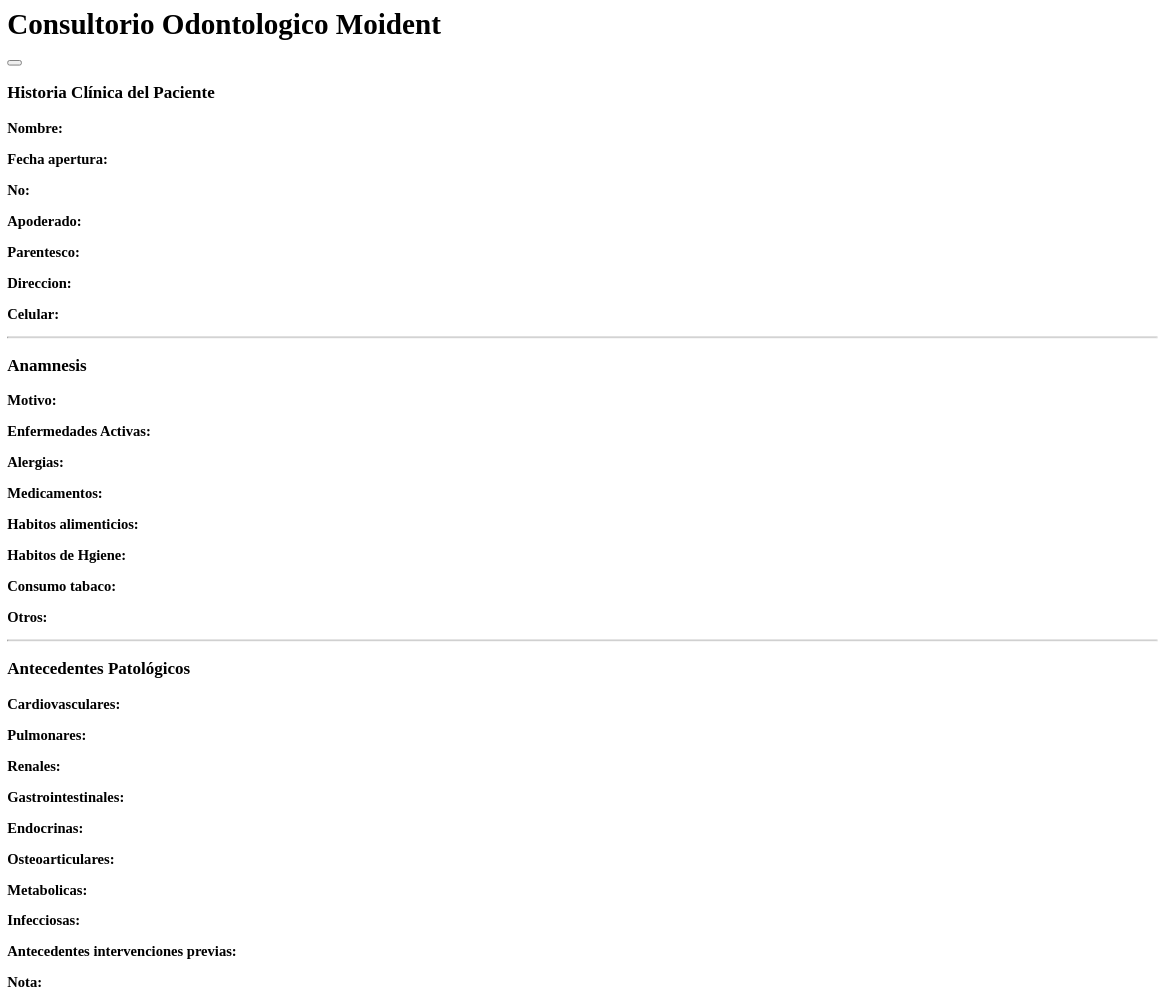
Repository: javix2/Consultorio_Dental
Page: resources/views/historialclinico/ver.blade.php
An editor plug-in stored every save of this project. The page is shown before and after the next save, followed by the edit.
The browser window is 1280 px wide. The pictures show the whole page, at 91% of full size.
The page is served by the project's Laravel application, run on PHP 8.4 with Laravel 10. Other server files are loaded and not shown. The template is opened directly, without the code that normally fills it, so the values that code supplies are empty.

Above is the page before, as saved 2024-10-14 19:48:32.

### routes/web.php
<?php

use App\Http\Controllers\AdminProfileControler;
use App\Http\Controllers\AppointmentController;
use App\Http\Controllers\CitaController;
// use App\Http\Controllers\CitaController;
use App\Http\Controllers\DoctorController;
use App\Http\Controllers\HistorialController;
use App\Http\Controllers\HomeController;
use App\Http\Controllers\HorarioController;
use App\Http\Controllers\OdontogramaController;
use App\Http\Controllers\PacienteController;
use App\Http\Controllers\PagoController;
use App\Http\Controllers\PatientController;
use App\Http\Controllers\RecordController;
use App\Http\Controllers\RecordTreatmController;
use App\Http\Controllers\TratamientoController;
use App\Http\Controllers\HistorialTratamController;
use App\Http\Controllers\SesionController;
use App\Http\Controllers\UsuarioController;
use App\Models\Appointment;
use App\Models\Doctor;
use App\Models\HistorialTratam;
use App\Models\Odontograma;
use App\Models\Tratamiento;
use App\Models\Treatment;
use App\Models\User;
use Illuminate\Support\Facades\Auth;
use Illuminate\Support\Facades\Route;
use Barryvdh\DomPDF\Facade as PDF;


/*
|--------------------------------------------------------------------------
| Web Routes
|--------------------------------------------------------------------------
|
| Here is where you can register web routes for your application. These
| routes are loaded by the RouteServiceProvider and all of them will
| be assigned to the "web" middleware group. Make something great!
|
*/

Route::get('/', function () {
    return view('home');
});

// Route::get('/', function () {
//     return view('auth.register');
// });


// Route::get('/', function () {
//     return view('auth.login');
// })->middleware('auth');
// Route::middleware(['auth'])->group(function () {
//     Route::get('/', function () {
//         return view('home');
//     });
// //     Route::get('/home', [HomeController::class, 'index'])->name('home');
// });

Route::get('/paciente/report', [PacienteController::class, 'report'])->name('paciente.reporte');

Route::resource('doctors', DoctorController::class);
// Route::get('users/{doctor}/create', [UsuarioController::class, 'create'])->name('users.create');
Route::get('/users/create/{doctor}', [UsuarioController::class, 'create'])->name('users.create');
Route::post('users/{doctor}', [UsuarioController::class, 'store'])->name('users.store');

Route::get('/users/{id}/edit', [UsuarioController::class, 'edit'])->name('users.edit');
Route::put('/users/{id}', [UsuarioController::class, 'update'])->name('users.update');

Route::get('/paciente/list',[ PacienteController::class, 'list'])->name('paciente.list');
Route::get('/doctor/list',[ DoctorController::class, 'list'])->name('doctor.list');
Route::get('/tratamiento/list',[ TratamientoController::class, 'list'])->name('tratamiento.list');

Route::resource('/home', HomeController::class);
Route::get('/get-data', [HomeController::class, 'getData'])->name('event.datos');
Route::get('/event/{id}', [HomeController::class, 'show2'])->name('event.show2');
Route::delete('/event/{id}', [HomeController::class, 'destroy'])->name('event.delete');
Route::put('/event2/{id}', [HomeController::class, 'update'])->name('event.update');


Route::post('/home/guardar', [HomeController::class, 'guardar'])->name('home.guardar');
Route::get('/home/{id}', [HomeController::class, 'busca']);
// Route::post('/guardar', [HomeController::class, 'guardar'])->name('home.guardar');
// Route::get('/get-citas', [HomeController::class, 'getCitas']);

Route::resource('/paciente', PacienteController::class);

Route::resource('/doctor', DoctorController::class);
Route::get('/cita/listar', [CitaController::class, 'listar'])->name('cita.listar');

Route::resource('/usuario', UsuarioController::class);
Route::get('/doctor/{id}/imprimir', [DoctorController::class, 'imprimir'])->name('doctor.imprimir');
Route::get('/paciente/busqueda', [PacienteController::class, 'busqueda'])->name('paciente.busqueda');
Route::get('/pago/busca', [PagoController::class, 'busca'])->name('pago.busca');
Route::get('/historialtratam/buscar', [HistorialTratamController::class, "buscar"])->name("historialtratam.buscar");
Route::get('/odontograma/buscar', [OdontogramaController::class, 'buscar'])->name('odontograma.buscar');


// Route::resource('/auth', UsuarioController::class);
Route::get('/pago/reportepago', [PagoController::class, 'reportepago'])->name('pago.reportepago');
Route::get('/pago/reporteboleta/{id}/imprimir', [PagoController::class, 'reporteboleta'])->name('pago.reporteboleta');
Route::get('/historials/report', [RecordTreatmController::class, 'report'])->name('historials.reporte');

Route::resource('/pago', PagoController::class);
Route::get('/cita/buscar', [CitaController::class, 'buscar'])->name('cita.buscar');

Route::get('pago/{id}/edit/pago', [PagoController::class, 'editPago'])->name('pago.editPago');
Route::put('pago/{id}/update/pago', [PagoController::class, 'updatePago'])->name('pago.updatePago');

Route::resource('/doctor', DoctorController::class);

Route::resource('/tratamiento', TratamientoController::class);

Route::resource('/cita', CitaController::class);
Route::delete('/citas/{id}/eliminar', [CitaController::class, 'eliminar'])->name('citas.eliminar2');
Route::put('/cita/{id}/cambiar-estado', [CitaController::class, 'cambiarEstado'])->name('citas.cambiar_estado');

Route::resource('/odontograma', OdontogramaController::class);

Route::resource('/historials', RecordTreatmController::class);
Route::resource('/historialclinico', HistorialController::class);
Route::get('/historialclinico/search', [HistorialController::class, "search"])->name("historialclinico.search");


Route::resource('/historialtratam', HistorialTratamController::class);
Route::get('/historialtratam/{id}/buscapaciente', [HistorialTratamController::class, 'buscapaciente'])->name('historialtratam.buscapaciente');
Route::post('/historialtratam/sesion/{id}/registro', [HistorialTratamController::class, 'sesionregistro'])->name('historialtratam.sesionregistro');
Route::delete('/historialtratam/sesion/{id}/elimina', [HistorialTratamController::class, 'elimina'])->name('historialtratam.elimina');

Route::resource('/sesion', SesionController::class);

Route::post('/usuario/editar', [AdminProfileControler::class, "update"])->name("usuario.update");
Route::get('adminlte_image', [AdminProfileControler::class, "dminlte_image"])->name("adminlte_image");

Auth::routes();

### resources/views/historialclinico/ver.blade.php
<!-- Modal-->

<div class="modal fade" id="modalVer{{$histo->id}}" tabindex="-1" aria-labelledby="exampleModalLabel" aria-hidden="true">
  <div class="modal-dialog modal-xl">
      <div class="modal-content">
          <div class="modal-header">
              <h1 class="modal-title fs-5 text-primary py-2 px-4" id="exampleModalLabel" > Consultorio Odontologico Moident</h1>
              <button type=" button" class="btn-close" data-bs-dismiss="modal" aria-label="Close"></button>
          </div>
          <div class="mx-5 mb-5">

          <div class="modal-body text-start">

            <div class="d-flex justify-content-center"><h3>Historia Clínica del Paciente</h3></div>
            <p><strong>Nombre: </strong>{{ $histo->paciente->nombre }} {{ $histo->paciente->paterno}}   {{ $histo->paciente->materno}}</p>
            <div class="row">
              <div class="col-md-6">
                <p><strong>Fecha apertura: </strong>{{ $histo->fecha_aper }}</p>
            </div>
              <div class="col-md-6">
                  <p><strong>No: </strong>{{ $histo->no_hc }}</p>
              </div>
            </div>
            <div class="row">
              <div class="col-md-6">
                  <p><strong>Apoderado: </strong>{{ $histo->apoderado }}</p>
              </div>
              <div class="col-md-6">
                  <p><strong>Parentesco: </strong>{{ $histo->parentesco }}</p>
              </div>
            </div>
            <div class="row">
              <div class="col-md-8">
                  <p><strong>Direccion: </strong>{{ $histo->direccion }}</p>
              </div>
              <div class="col-md-4">
                  <p><strong>Celular: </strong>{{ $histo->celular }}</p>
              </div>
            </div>
            <hr class="my-3">
            <div class="form-group row mt-3s">
              <h3 class="fs-5 text-primary text-center">Anamnesis</h3>
            </div>
            <p><strong>Motivo: </strong>{{ $histo->motivo }} </p>
            <div class="row">
              <div class="col-md-4">
                  <p><strong>Enfermedades Activas: </strong>{{ $histo->enf_act }}</p>
              </div>
              <div class="col-md-4">
                  <p><strong>Alergias: </strong>{{ $histo->alergias }}</p>
              </div>
              <div class="col-md-4">
                <p><strong>Medicamentos: </strong>{{ $histo->medicamentos }}</p>
              </div>
            </div>
            <div class="row">
              <div class="col-md-4">
                  <p><strong>Habitos alimenticios: </strong>{{ $histo->hab_alimen }}</p>
              </div>
              <div class="col-md-4">
                  <p><strong>Habitos de Hgiene: </strong>{{ $histo->hab_higiene }}</p>
              </div>
              <div class="col-md-4">
                <p><strong>Consumo tabaco: </strong>{{ $histo->tabaco }}</p>
              </div>
            </div>
            <p><strong>Otros: </strong>{{ $histo->otro }} </p>
            <hr class="my-3">
            <div class="form-group row mt-3s">
              <h3 class="fs-5 text-primary text-center">Antecedentes Patológicos</h3>
            </div>
            <div class="row">
              <div class="col-md-4">
                  <p><strong>Cardiovasculares: </strong>{{ $histo->cardiovas }}</p>
              </div>
              <div class="col-md-4">
                  <p><strong>Pulmonares: </strong>{{ $histo->pulmonares }}</p>
              </div>
              <div class="col-md-4">
                <p><strong>Renales: </strong>{{ $histo->renales }}</p>
              </div>
            </div>
            <div class="row">
              <div class="col-md-4">
                  <p><strong>Gastrointestinales: </strong>{{ $histo->gastrointes }}</p>
              </div>
              <div class="col-md-4">
                  <p><strong>Endocrinas: </strong>{{ $histo->endocrinas }}</p>
              </div>
              <div class="col-md-4">
                <p><strong>Osteoarticulares: </strong>{{ $histo->osteoarticu }}</p>
              </div>
            </div>
            <div class="row">
              <div class="col-md-4">
                  <p><strong>Metabolicas: </strong>{{ $histo->metabolicas }}</p>
              </div>
              <div class="col-md-4">
                  <p><strong>Infecciosas: </strong>{{ $histo->infecciosas }}</p>
              </div>

            </div>
            <p><strong>Antecedentes intervenciones previas: </strong>{{ $histo->interve_prev }} </p>
            <p><strong>Nota: </strong>{{ $histo->nota }} </p>





          </div>
        </div>

          {{--  <div class="modal-footer" py2>
            <a href="{{ route('pago.reporteboleta',$pago->id) }}" class="btn btn-primary" target="_blank"><i class="fa-solid fa-print"></i>
              Imprimir</a>

          </div>  --}}
      </div>
  </div>
</div>

Loaded but not shown: app/Http/Controllers/Auth/ConfirmPasswordController.php (common file); app/Http/Controllers/Controller.php (common file)

After the next save:
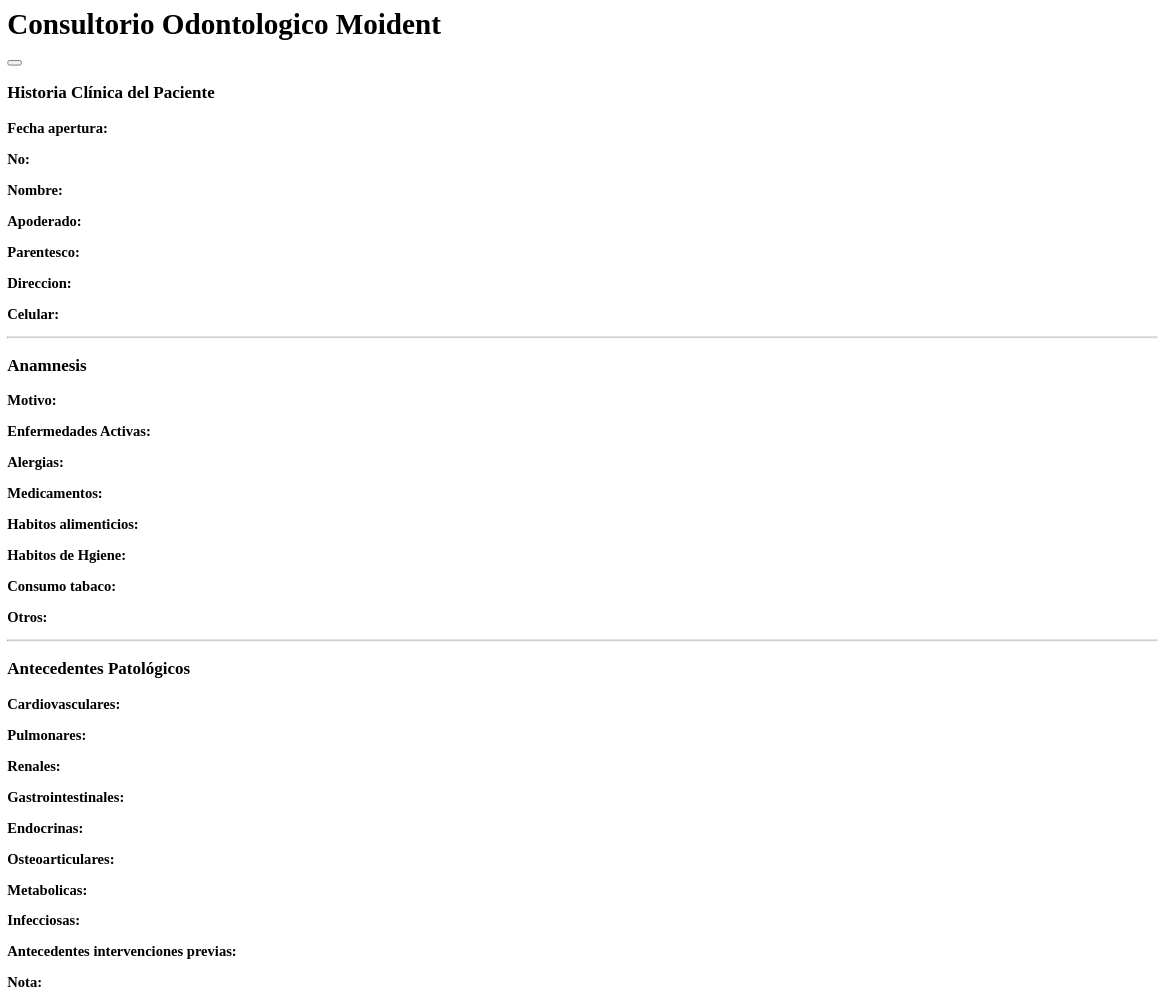
Saved 43 s later.
--- a/resources/views/historialclinico/ver.blade.php
+++ b/resources/views/historialclinico/ver.blade.php
@@ -12,7 +12,6 @@
           <div class="modal-body text-start">
 
             <div class="d-flex justify-content-center"><h3>Historia Clínica del Paciente</h3></div>
-            <p><strong>Nombre: </strong>{{ $histo->paciente->nombre }} {{ $histo->paciente->paterno}}   {{ $histo->paciente->materno}}</p>
             <div class="row">
               <div class="col-md-6">
                 <p><strong>Fecha apertura: </strong>{{ $histo->fecha_aper }}</p>
@@ -21,6 +20,8 @@
                   <p><strong>No: </strong>{{ $histo->no_hc }}</p>
               </div>
             </div>
+            <p><strong>Nombre: </strong>{{ $histo->paciente->nombre }} {{ $histo->paciente->paterno}}   {{ $histo->paciente->materno}}</p>
+
             <div class="row">
               <div class="col-md-6">
                   <p><strong>Apoderado: </strong>{{ $histo->apoderado }}</p>
